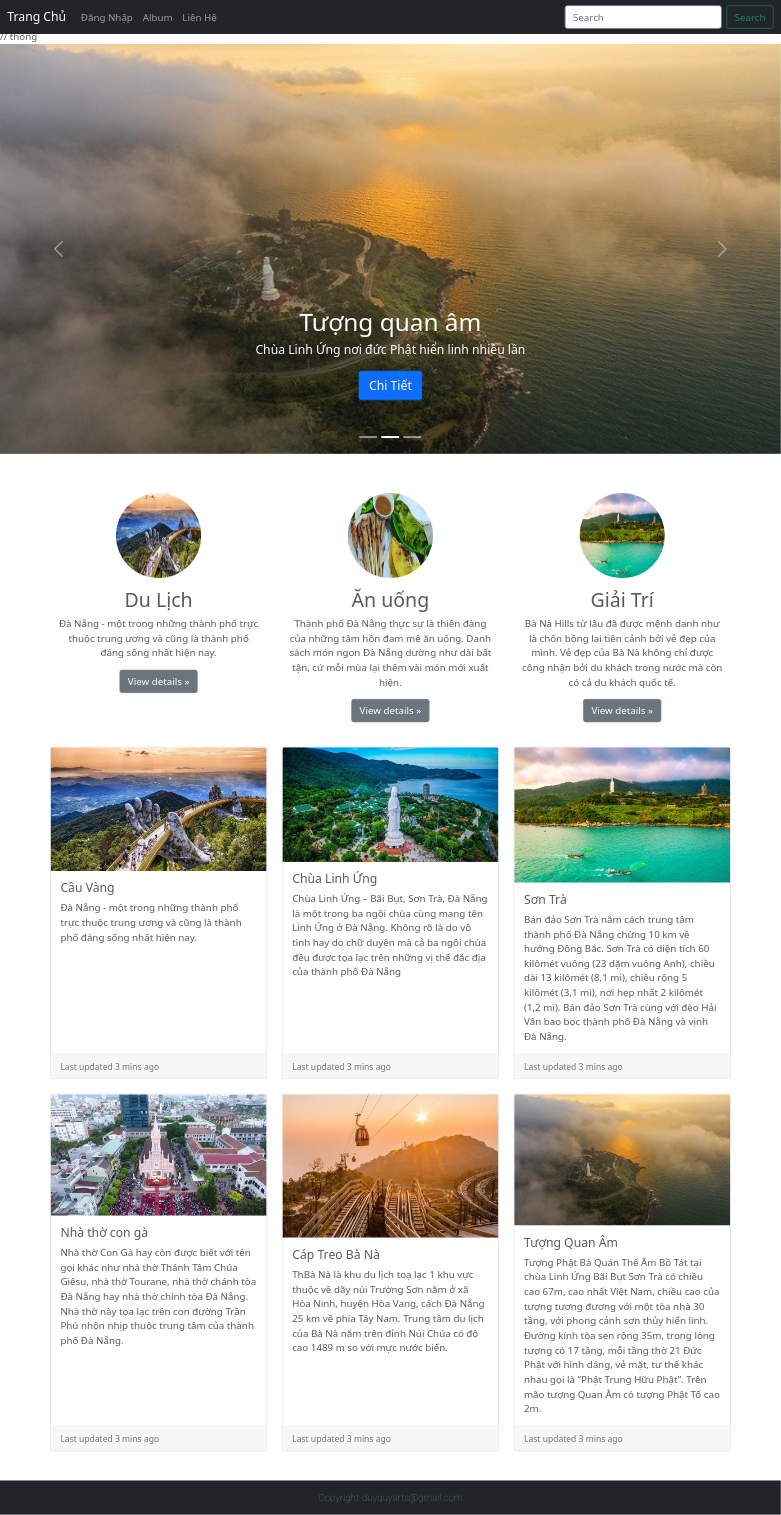
Repository: quyld88/baipro4
Page: index.html
An editor plug-in stored every save of this project. The page is shown before and after the next save, followed by the edit.
The browser window is 1280 px wide. The pictures show the whole page, at 61% of full size.

Above is the page before, as saved 2022-05-16 16:46:07.

After the next save:
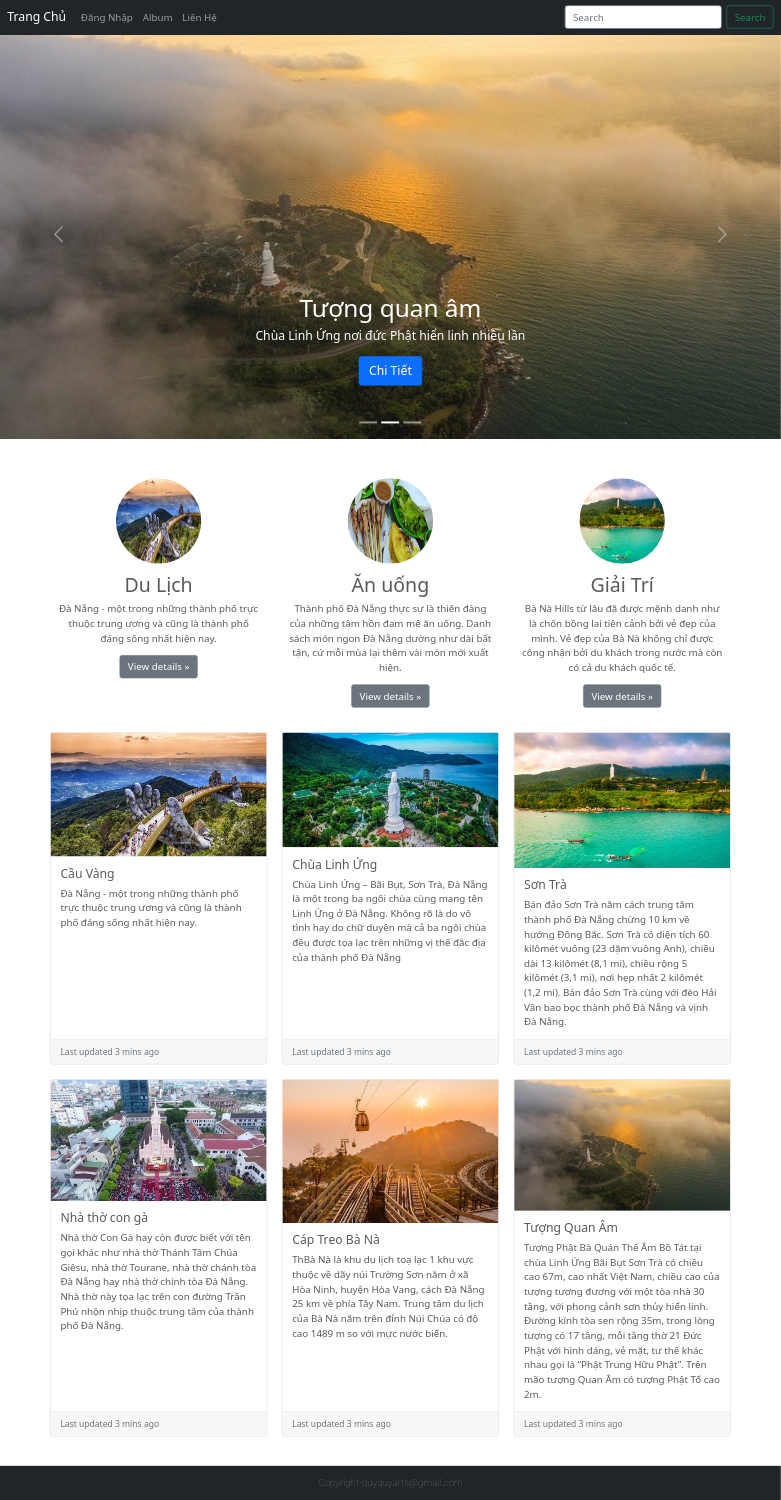
Saved 10 s later.
--- a/index.html
+++ b/index.html
@@ -14,7 +14,8 @@
     <!-- import font roboto -->
     <link rel="preconnect" href="https://fonts.googleapis.com">
     <link rel="preconnect" href="https://fonts.gstatic.com" crossorigin>
-    <link href="https://fonts.googleapis.com/css2?family=Montserrat:wght@100&family=Roboto:wght@100&display=swap" rel="stylesheet"> // thông
+    <link href="https://fonts.googleapis.com/css2?family=Montserrat:wght@100&family=Roboto:wght@100&display=swap" rel="stylesheet">
+
 
 
     <style>
